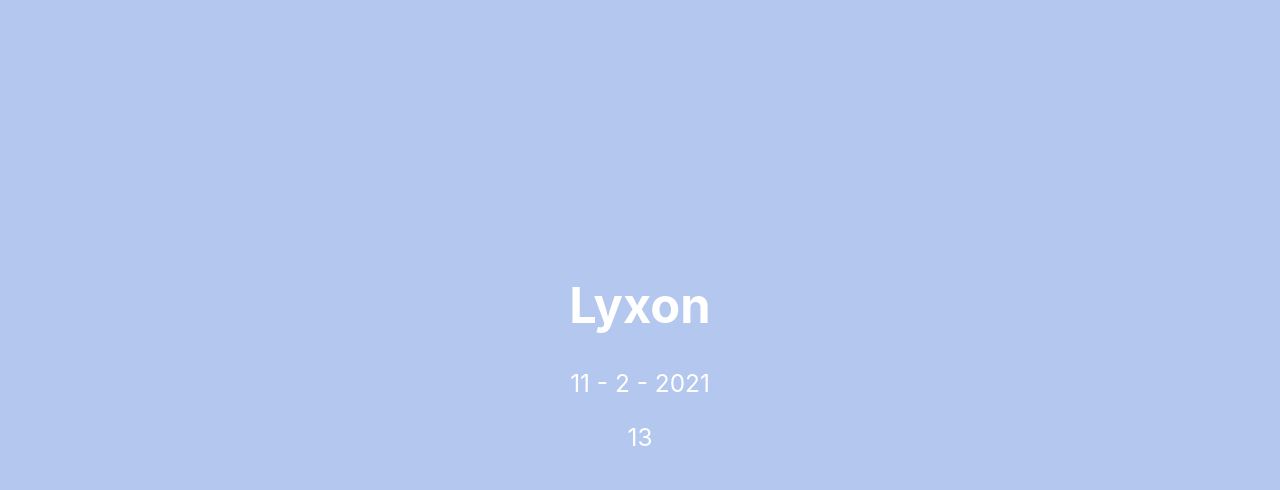
Repository: AdrianaLarsson/learning-react
Page: /
The author's editor kept a copy of each file at every save. The page is drawn from the files as they stood at one save, then again after a run of saves.
The browser window is 1280 px wide. The pictures show the whole page.
The project was rebuilt for these pictures with package versions that can differ from the ones it lists, and the page was loaded fresh each time.

Above is the page before, as saved 2021-02-11 13:38:08.

### src/App.tsx
import React from 'react';
import './App.css';
import ForEach from './components/forEach'
import Functions from './components/functions'
import Objects from './components/objects'
import Ctrl from './components/ctrl'
import Filter from './components/filter'
import Arrays from './components/arrays'
import Reduce from './components/reduce'
import Lyxon from './components/lyxon/lyxonDate'


function App() {



  return (
    <div className="App">
      <header className="App-header">
      {/*   <ForEach/>

        <Objects/>
        <Ctrl/>
        <Filter/>
        <Arrays/>*/}
      {/*   //defaultProps
           <Functions/>
           <Functions title={"Jag"}/>
           */}
           <Lyxon/>
      </header>
    </div>
  );
}

export default App;

### src/App.css
.App {
  text-align: center;
}

.App-logo {
  height: 40vmin;
  pointer-events: none;
}

@media (prefers-reduced-motion: no-preference) {
  .App-logo {
    animation: App-logo-spin infinite 20s linear;
  }
}

.App-header {
  background-color: #b4c7ee;
  min-height: 100vh;
  display: flex;
  flex-direction: column;
  align-items: center;
  justify-content: center;
  font-size: calc(10px + 2vmin);
  color: white;
}

.App-link {
  color: #61dafb;
}

@keyframes App-logo-spin {
  from {
    transform: rotate(0deg);
  }
  to {
    transform: rotate(360deg);
  }
}

.btn {
  display: inline-block;
  background: #000000;
  color: #fff;
  border: none;
  padding: 10px 50px;
  margin: 5px;
  border-radius: 3px;
  cursor: pointer;
  text-decoration: none;
  font-size: 15px;
  font-family: Verdana, Geneva, Tahoma, sans-serif;
  text-align: center;
}

### src/components/lyxon/lyxonDate.tsx
import React from 'react'
import { DateTime } from "luxon";

function lyxonDate() {
const dayNumbersNow = DateTime.local().day
const dayMonthNow = DateTime.local().month
const dayYearNow = DateTime.local().year
const allAtTheSameTime = DateTime.local().hour

    return (
        <div>
            <h1>Lyxon
            </h1>
            <p>{dayNumbersNow} - {dayMonthNow} - {dayYearNow}</p>
            <p>{allAtTheSameTime}</p>
        </div>
    )
}

export default lyxonDate

Loaded but not shown: public/index.html (common file); src/index.tsx (common file); src/index.css (common file); src/reportWebVitals.ts (common file)

After the next 7 saves:
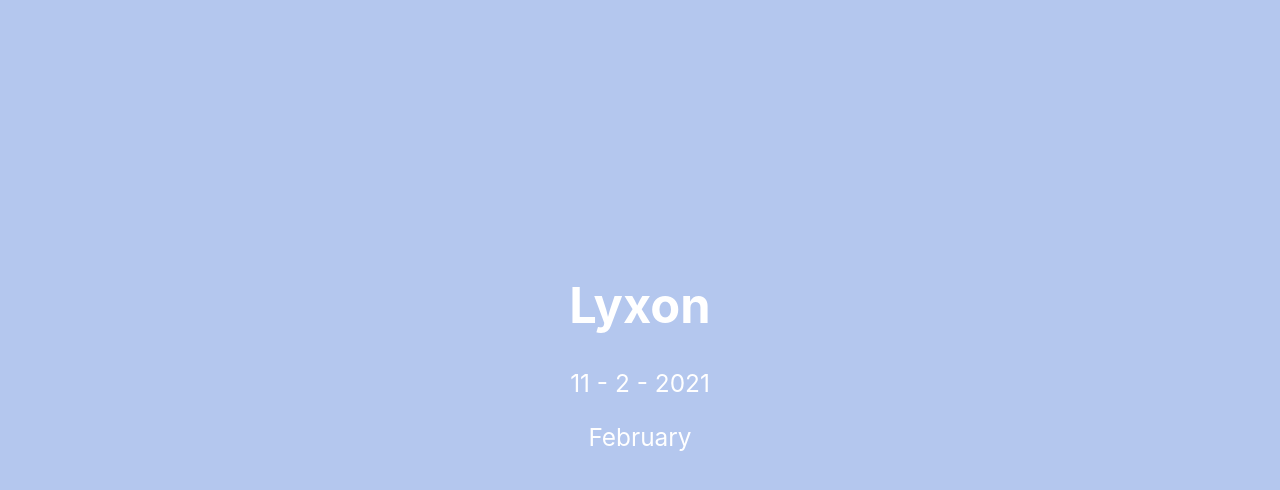
The 7 saves are shown as one change because 2 did not build or start and some came seconds apart.
The last was saved 33 s later.
--- a/src/components/lyxon/lyxonDate.tsx
+++ b/src/components/lyxon/lyxonDate.tsx
@@ -5,7 +5,7 @@ function lyxonDate() {
 const dayNumbersNow = DateTime.local().day
 const dayMonthNow = DateTime.local().month
 const dayYearNow = DateTime.local().year
-const allAtTheSameTime = DateTime.local().hour
+const allAtTheSameTime = DateTime.local().monthLong
 
     return (
         <div>
